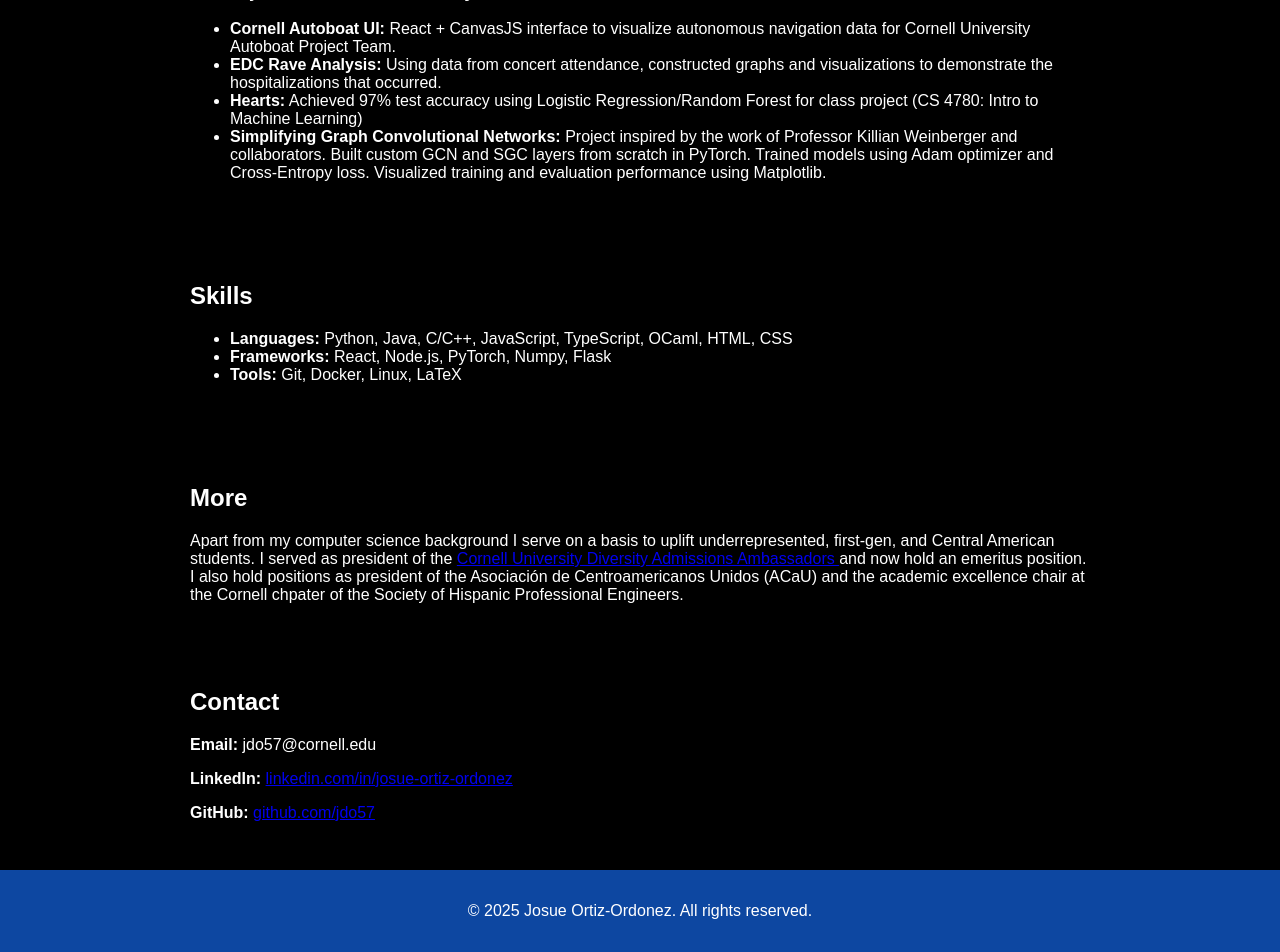
Repository: jdo57/Website
Page: index.html
These files come from the project's save history. The page is drawn as it stood at one moment and after a run of saves; the edit follows.
The browser window is 1280 px wide. The pictures show the part of the page from y = 1381 to 2333 px (the page is 2333 px tall).
A picture or video elsewhere on the page could not be fetched, so the positions and the page height are approximate.

Above is the page before, as saved 2025-05-26 21:57:46.

After the next 2 saves:
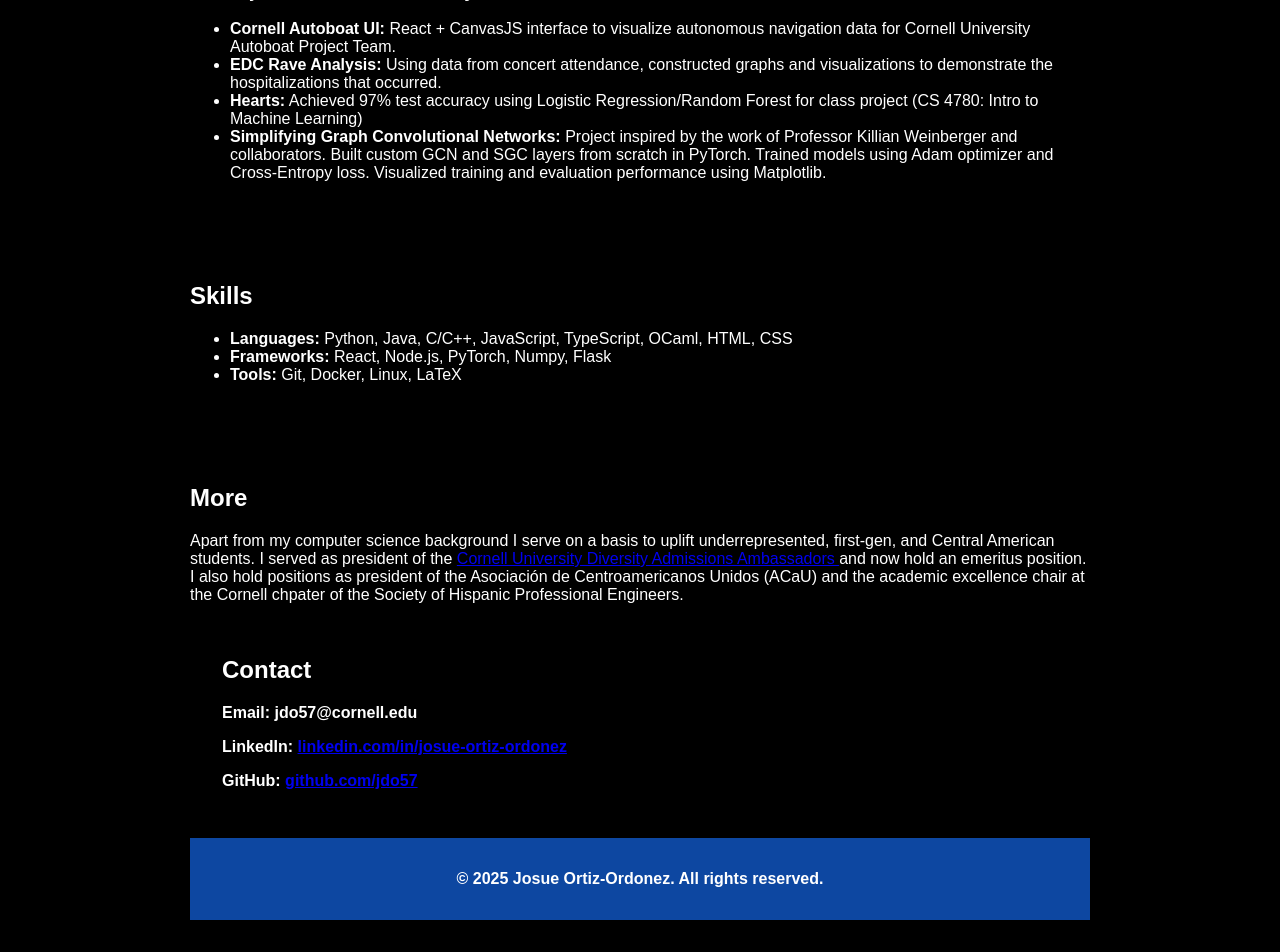
The 2 saves are shown as one change because they came seconds apart.
The last was saved 34 s later.
--- a/index.html
+++ b/index.html
@@ -142,7 +142,7 @@
       Asociación de Centroamericanos Unidos (ACaU) and the academic excellence chair at the Cornell chpater of the
       Society of Hispanic Professional Engineers.
 
-
+      <b
 
 
   </section>

After the save that followed:
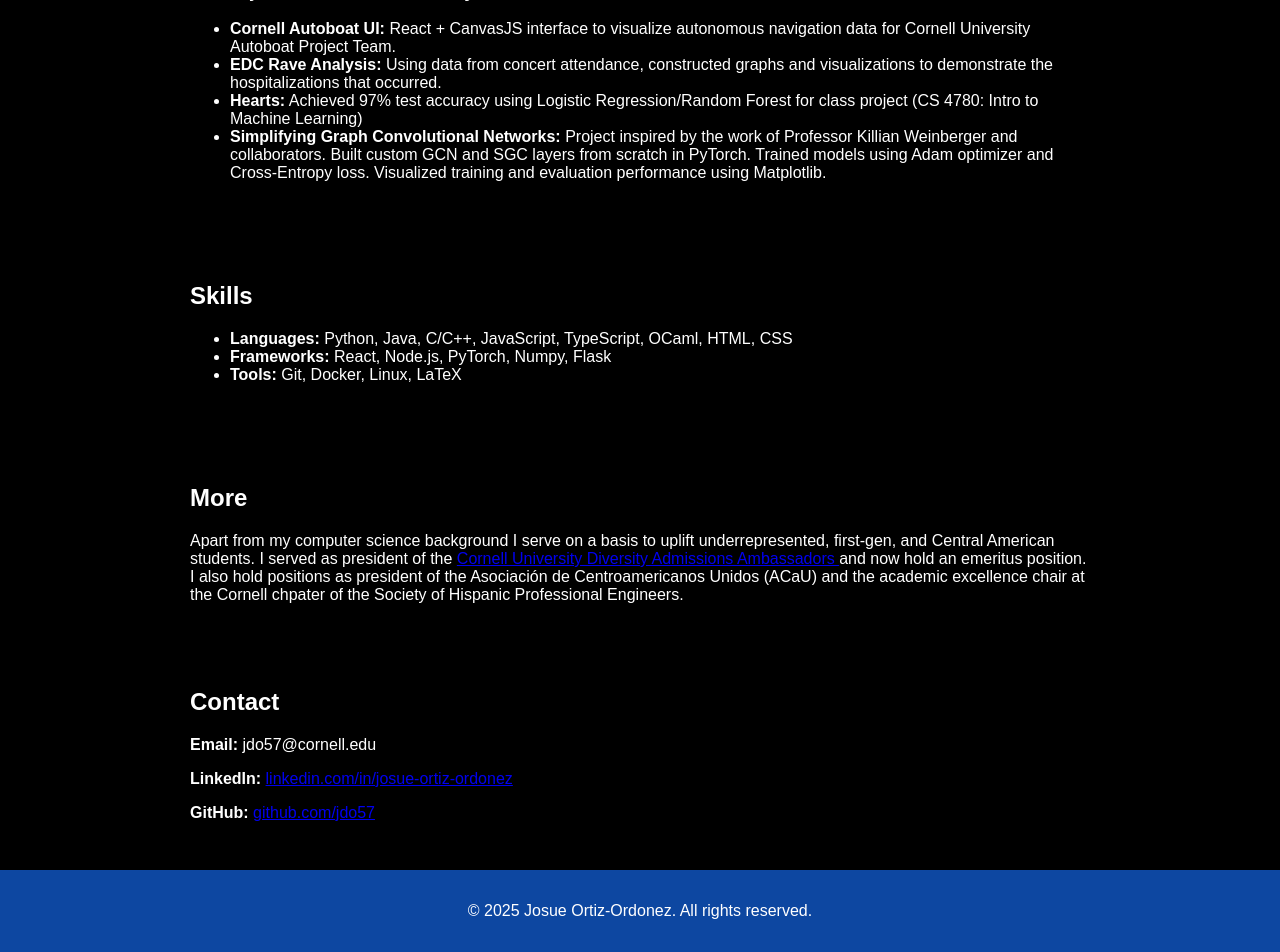
Saved 13 s later.
--- a/index.html
+++ b/index.html
@@ -142,7 +142,7 @@
       Asociación de Centroamericanos Unidos (ACaU) and the academic excellence chair at the Cornell chpater of the
       Society of Hispanic Professional Engineers.
 
-      <b
+      <br />
 
 
   </section>
